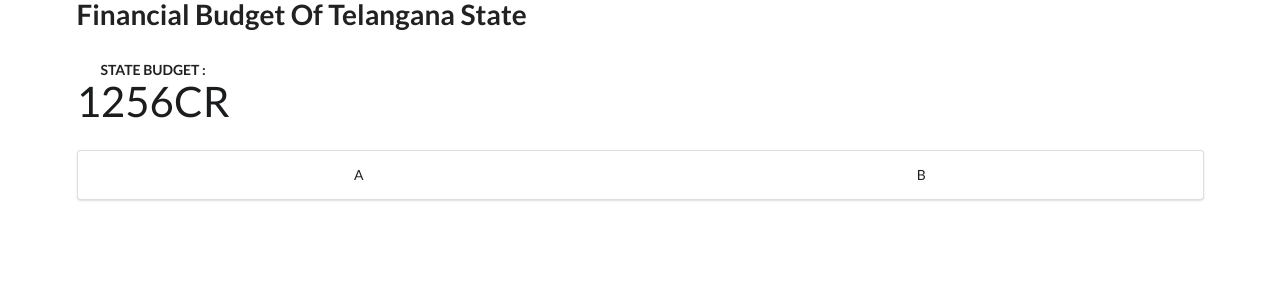
Repository: akHil07090709/advanced-react
Page: /
The author's editor kept a copy of each file at every save. The page is drawn from the files as they stood at one save, then again after the next save.
The browser window is 1280 px wide. The pictures show the whole page.
The project was rebuilt for these pictures with package versions that can differ from the ones it lists, and the page was loaded fresh each time. Also part of the build but not shown: src/App.css.

Above is the page before, as saved 2021-05-25 07:29:27.

### src/index.js
import React from "react";
import ReactDOM from "react-dom";
import "./index.css";
import App from "./App";
import "semantic-ui-css/semantic.min.css";

ReactDOM.render(
  <React.StrictMode>
    <App />
  </React.StrictMode>,
  document.getElementById("root")
);

// If you want to start measuring performance in your app, pass a function
// to log results (for example: reportWebVitals(console.log))
// or send to an analytics endpoint. Learn more: https://bit.ly/CRA-vitals

### src/App.js
import { Container, Grid, Header, Segment, Statistic } from "semantic-ui-react";
import "./App.css";

function App() {
  return (
    <Container>
      <Header as="h1">Financial Budget Of Telangana State</Header>
      <Statistic size="small">
        {/* A statistic can display a value with a label above or below it.*/}
        <Statistic.Label>State Budget : </Statistic.Label>
        <Statistic.Value>1256cr</Statistic.Value>
      </Statistic>
      <Segment textAlign="center">
        <Grid columns={2}>
          <Grid.Row>
            <Grid.Column>A</Grid.Column>
            <Grid.Column>B</Grid.Column>
          </Grid.Row>
        </Grid>
      </Segment>
    </Container>
  );
}

export default App;

Loaded but not shown: public/index.html (common file); src/index.css (common file)

After the next save:
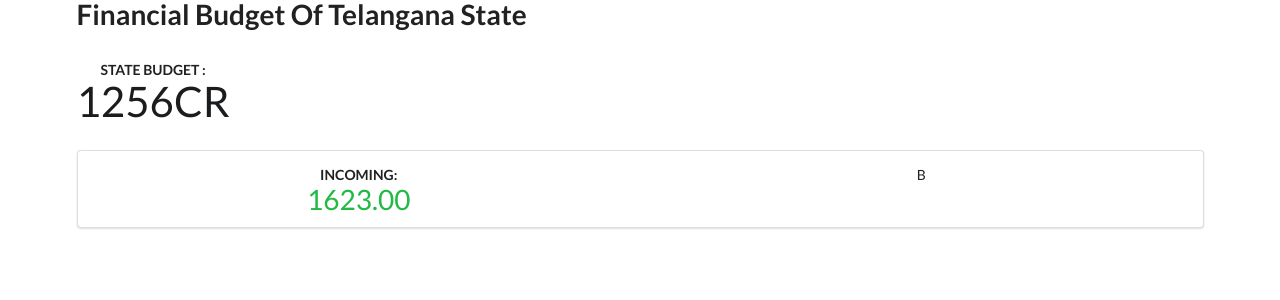
Saved 3 min 38 s later.
--- a/src/App.js
+++ b/src/App.js
@@ -13,7 +13,12 @@
       <Segment textAlign="center">
         <Grid columns={2}>
           <Grid.Row>
-            <Grid.Column>A</Grid.Column>
+            <Grid.Column>
+              <Statistic size="tiny" color="green">
+                <Statistic.Label>Incoming:</Statistic.Label>
+                <Statistic.Value>1623.00</Statistic.Value>
+              </Statistic>
+            </Grid.Column>
             <Grid.Column>B</Grid.Column>
           </Grid.Row>
         </Grid>
